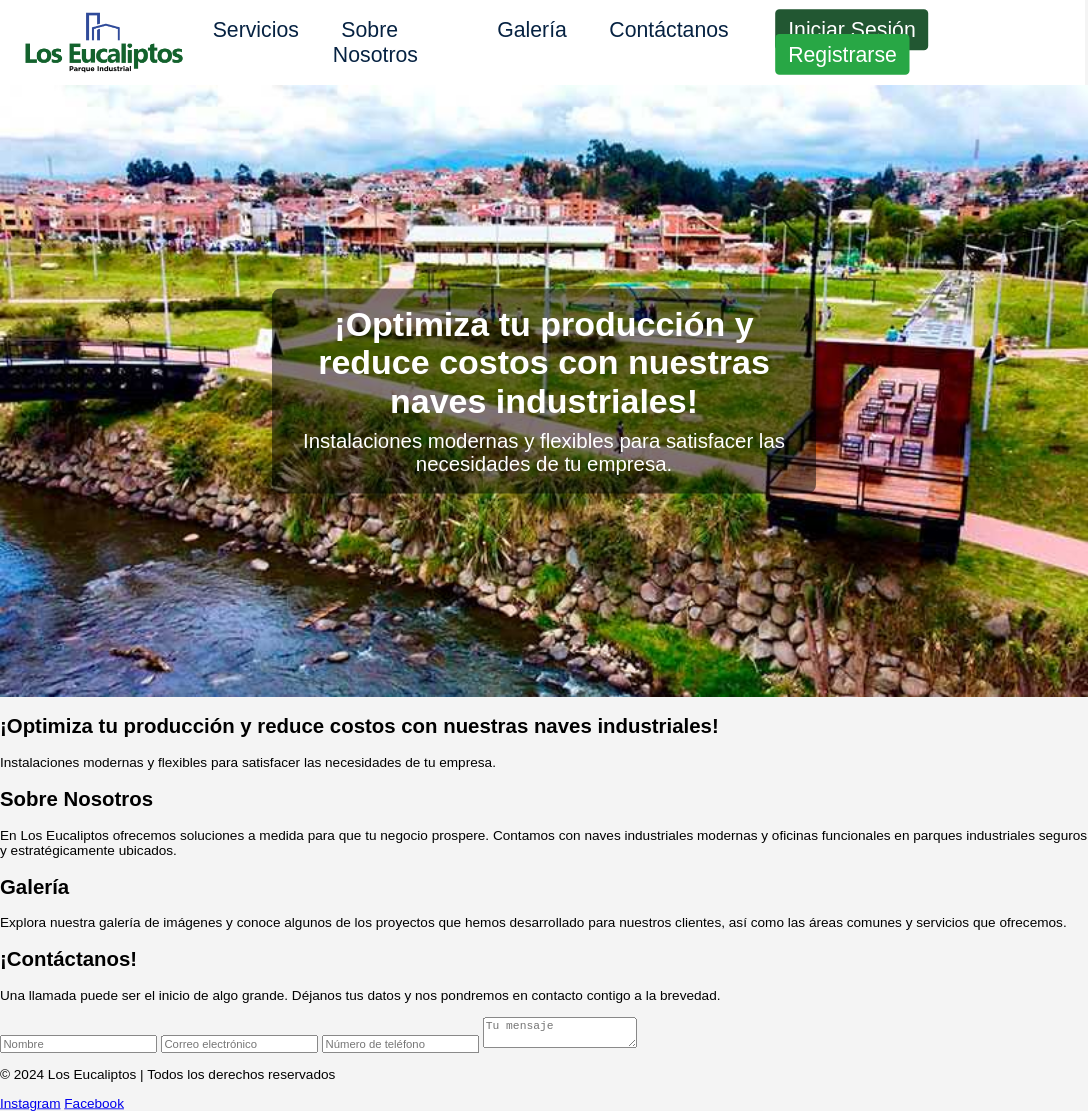
Repository: Los-Eucaliptos-WebApp/Los-Eucaliptos-FrontEnd
Page: pages/los-eucaliptos-home-page/index.html
These files come from the project's save history. The page is drawn as it stood at one moment and after the next save; the edit follows.
The browser window is 1280 px wide. The pictures show the whole page, at 85% of full size.

Above is the page before, as saved 2025-02-16 23:19:41.
Console error: TypeError: Cannot read properties of undefined (reading 'classList')

### pages/los-eucaliptos-home-page/index.html
<!DOCTYPE html>
<html lang="es">
<head>
    <meta charset="UTF-8">
    <meta name="viewport" content="width=device-width, initial-scale=1.0">
    <title>Los Eucaliptos</title>
    <link rel="icon" href="/assets/ícono-los-eucaliptos.png" type="image/png">
    <link rel="stylesheet" href="styles.css">
    <script src="script.js"></script>

</head>
<body>
    <header>
        <div class="logo">
            <img src="/assets/logo-los-eucaliptos.png" alt="Los Eucaliptos Logo">
        </div>

        <nav>
            <ul>
                <li><a href="#servicios">Servicios</a></li>
                <li><a href="#sobre-nosotros">Sobre Nosotros</a></li>
                <li><a href="#galeria">Galería</a></li>
                <li><a href="#contactanos">Contáctanos</a></li>
            </ul>
        </nav>

        <div class="auth-buttons">
            <a href="los-eucaliptos-login/login.html" class="btn">Iniciar Sesión</a>
            <a href="los-eucaliptos-register/register.html" class="btn btn-secondary">Registrarse</a>
        </div>
    </header>
    <div class="banner">
        <img src="/assets/banner.jpg" alt="Imagen del Banner" class="banner-image">
        <div class="banner-text">
            <div class="large-text">¡Optimiza tu producción y reduce costos con nuestras naves industriales!</div>
            <div class="medium-text">Instalaciones modernas y flexibles para satisfacer las necesidades de tu empresa.</div>
        </div>
    </div>



    <!-- SECCIÓN PRINCIPAL -->
    <section id="servicios">
        <h2>¡Optimiza tu producción y reduce costos con nuestras naves industriales!</h2>
        <p>Instalaciones modernas y flexibles para satisfacer las necesidades de tu empresa.</p>
    </section>

    <section id="sobre-nosotros">
        <h2>Sobre Nosotros</h2>
        <p>En Los Eucaliptos ofrecemos soluciones a medida para que tu negocio prospere. Contamos con naves industriales modernas y oficinas funcionales en parques industriales seguros y estratégicamente ubicados.</p>
    </section>

    <section id="galeria">
        <h2>Galería</h2>
        <p>Explora nuestra galería de imágenes y conoce algunos de los proyectos que hemos desarrollado para nuestros clientes, así como las áreas comunes y servicios que ofrecemos.</p>
    </section>

    <section id="contactanos">
        <h2>¡Contáctanos!</h2>
        <p>Una llamada puede ser el inicio de algo grande. Déjanos tus datos y nos pondremos en contacto contigo a la brevedad.</p>

        <form action="send-message.php" method="POST">
            <input type="text" name="nombre" placeholder="Nombre" required>
            <input type="email" name="email" placeholder="Correo electrónico" required>
            <input type="tel" name="telefono" placeholder="Número de teléfono" required>
            <textarea name="mensaje" placeholder="Tu mensaje" required></textarea>
            <!--<button type="submit">Enviar Mensaje</button> -->
        </form>
    </section>

    <footer>
        <p>© 2024 Los Eucaliptos | Todos los derechos reservados</p>
        <div class="social">
            <a href="https://www.instagram.com" target="_blank">Instagram</a>
            <a href="https://www.facebook.com" target="_blank">Facebook</a>
        </div>
    </footer>

</body>
</html>

### pages/los-eucaliptos-home-page/styles.css

/*HEAD*/

header {
    display: flex;
    justify-content: space-between;
    align-items: center;
    background: #ffffff;
    color: rgb(0, 0, 0);
    padding: 15px 30px;
    position: fixed;
    width: 95%;
    top: 0;
}

.logo {
    display: flex;
    align-items: center;
    justify-content: flex-start;
}

.logo img {
    width: auto;
    height: 70px;
    margin-right: 10px;
}

nav {
    display: flex;
    align-items: center;
}

nav ul {
    list-style: none;
    display: flex;
    margin: 0;
    padding: 0;
}

nav ul li {
    margin: 0 15px;
}

nav ul li a {
    color: rgb(6, 34, 66);
    text-decoration: none;
    font-size: 16px;
    padding: 5px 10px;
    transition: color 0.3s ease, background-color 0.3s ease;
    font-size: 25px;

}

nav ul li a:hover {
    color: white;
    background-color: rgb(15, 44, 105);
    border-radius: 5px;
    font-weight: bold;
}

.auth-buttons {
    margin-left: 20px;
    font-size: 25px;
}

.auth-buttons .btn {
    background-color: #225732;
    color: rgb(255, 255, 255);
    padding: 10px 15px;
    border-radius: 5px;
    text-decoration: none;
    margin-left: 10px;
}

.auth-buttons .btn:hover {
    opacity: 0.7;
    background-color: #1c4d24;
    font-weight: bold;
}

.auth-buttons .btn-secondary {
    background-color: #28a745;
}

/*BODY*/
body {
    font-family: Arial, sans-serif;
    margin: 0;
    padding: 0;
    background-color: #f4f4f4;
    margin-top: 100px;
}
/* Banner */
.banner {
    position: relative;
    width: 100%;     /* Ocupa todo el ancho de la ventana */
    height: 100vh;   /* Ocupa toda la altura de la ventana */
    overflow: hidden; /* Evita que la imagen sobresalga */
}

/* Imagen dentro del banner */
.banner-image {
    width: 100%;     /* La imagen ocupa todo el ancho disponible */
    height: 100%;    /* La imagen ocupa toda la altura disponible */
    object-fit: cover; /* Asegura que la imagen cubra todo el área sin deformarse */
    display: block;  /* Elimina espacios debajo de la imagen */
}

/* Banner */
.banner {
    position: relative;
    width: 100%;     /* Ocupa todo el ancho de la ventana */
    height: 100vh;   /* Ocupa toda la altura de la ventana */
    overflow: hidden; /* Evita que la imagen sobresalga */
}

/* Imagen dentro del banner */
.banner-image {
    width: 100%;     /* La imagen ocupa todo el ancho disponible */
    height: 100%;    /* La imagen ocupa toda la altura disponible */
    object-fit: cover; /* Asegura que la imagen cubra todo el área sin deformarse */
    display: block;  /* Elimina espacios debajo de la imagen */
}

/* Texto dentro del banner */
.banner-text {
    position: absolute;
    top: 50%;         /* Alinea al centro verticalmente */
    left: 50%;        /* Alinea al centro horizontalmente */
    transform: translate(-50%, -50%); /* Ajusta la posición para que quede exactamente en el centro */
    text-align: center;  /* Centra el texto */
    color: white;        /* Color del texto */
    padding: 20px;
    background-color: rgba(0, 0, 0, 0.5);  /* Fondo oscuro semi-transparente */
    border-radius: 10px; /* Bordes redondeados */
    max-width: 90%; /* Para evitar que el texto ocupe demasiado espacio */
}

/* Estilo para el título (texto grande) */
.large-text {
    font-size: 40px;     /* Tamaño de letra grande */
    font-weight: bold;   /* Poner en negrita */
    margin: 0;
}

/* Estilo para el párrafo (texto mediano) */
.medium-text {
    font-size: 24px;     /* Tamaño de letra mediano */
    margin: 10px 0 0;
}

### pages/los-eucaliptos-home-page/script.js
let currentIndex = 0;  // Índice de la imagen actual

// Función para mover las imágenes
function moveSlide(direction) {
    const images = document.querySelectorAll('.carousel-image');

    // Eliminar la clase 'active' de la imagen actual
    images[currentIndex].classList.remove('active');

    // Calcular el índice de la siguiente imagen
    currentIndex += direction;

    // Si llegamos al final, volver al inicio o si estamos al principio, ir al final
    if (currentIndex >= images.length) {
        currentIndex = 0;
    } else if (currentIndex < 0) {
        currentIndex = images.length - 1;
    }

    // Agregar la clase 'active' a la nueva imagen
    images[currentIndex].classList.add('active');
}

// Inicializar el carrusel para que se muestre la primera imagen al cargar
document.addEventListener('DOMContentLoaded', () => {
    const images = document.querySelectorAll('.carousel-image');
    images[currentIndex].classList.add('active');  // Mostrar la primera imagen
});

After the next save:
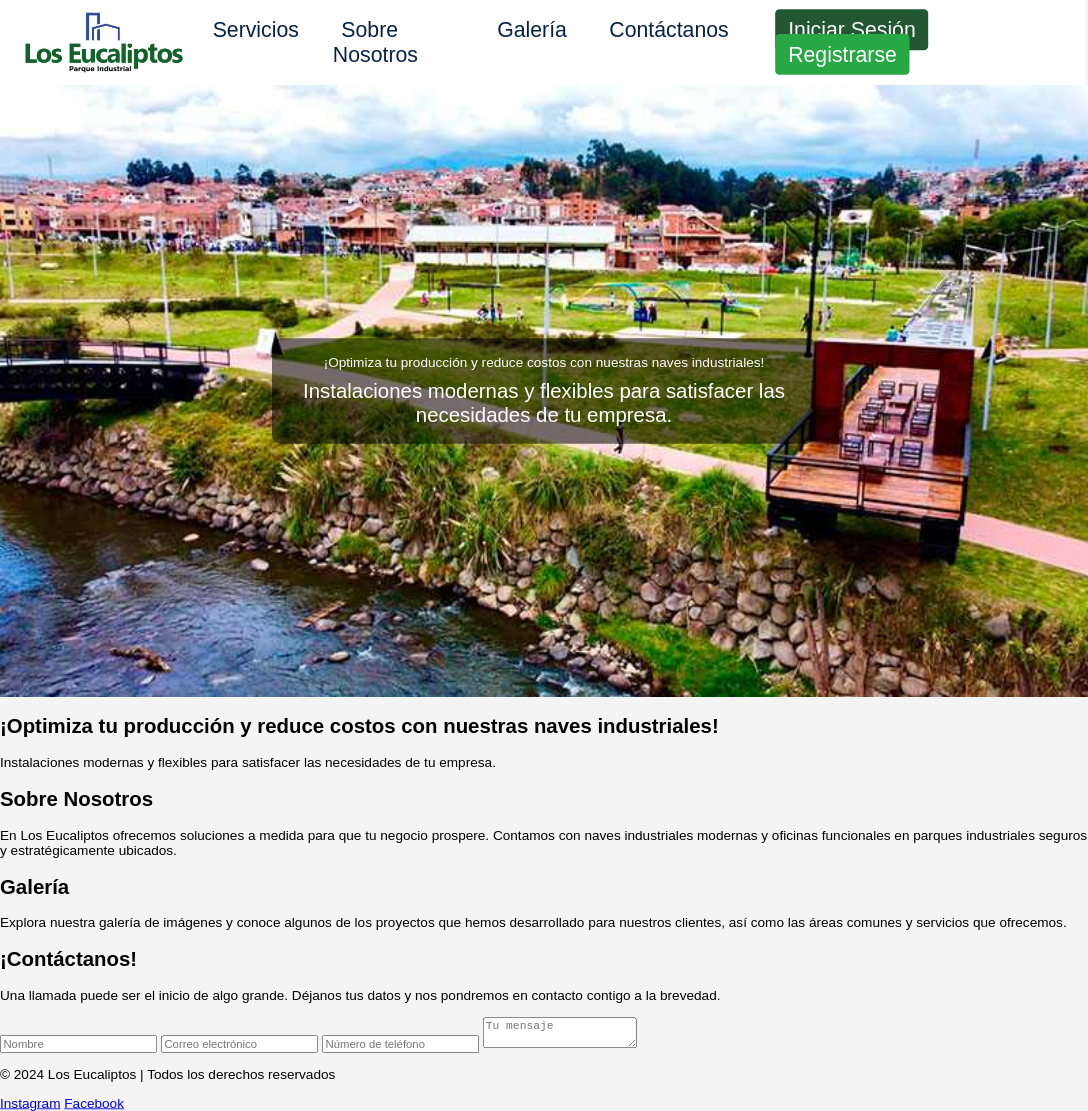
Saved 2 min 2 s later.
--- a/pages/los-eucaliptos-home-page/styles.css
+++ b/pages/los-eucaliptos-home-page/styles.css
@@ -90,39 +90,22 @@ body {
     background-color: #f4f4f4;
     margin-top: 100px;
 }
-/* Banner */
+
 .banner {
     position: relative;
-    width: 100%;     /* Ocupa todo el ancho de la ventana */
-    height: 100vh;   /* Ocupa toda la altura de la ventana */
-    overflow: hidden; /* Evita que la imagen sobresalga */
+    width: 100%;
+    height: 100vh;
+    overflow: hidden;
 }
 
-/* Imagen dentro del banner */
 .banner-image {
-    width: 100%;     /* La imagen ocupa todo el ancho disponible */
-    height: 100%;    /* La imagen ocupa toda la altura disponible */
-    object-fit: cover; /* Asegura que la imagen cubra todo el área sin deformarse */
-    display: block;  /* Elimina espacios debajo de la imagen */
+    width: 100%;
+    height: 100%;
+    object-fit: cover;
+    display: block;
 }
 
-/* Banner */
-.banner {
-    position: relative;
-    width: 100%;     /* Ocupa todo el ancho de la ventana */
-    height: 100vh;   /* Ocupa toda la altura de la ventana */
-    overflow: hidden; /* Evita que la imagen sobresalga */
-}
 
-/* Imagen dentro del banner */
-.banner-image {
-    width: 100%;     /* La imagen ocupa todo el ancho disponible */
-    height: 100%;    /* La imagen ocupa toda la altura disponible */
-    object-fit: cover; /* Asegura que la imagen cubra todo el área sin deformarse */
-    display: block;  /* Elimina espacios debajo de la imagen */
-}
-
-/* Texto dentro del banner */
 .banner-text {
     position: absolute;
     top: 50%;         /* Alinea al centro verticalmente */
@@ -131,20 +114,19 @@ body {
     text-align: center;  /* Centra el texto */
     color: white;        /* Color del texto */
     padding: 20px;
-    background-color: rgba(0, 0, 0, 0.5);  /* Fondo oscuro semi-transparente */
-    border-radius: 10px; /* Bordes redondeados */
-    max-width: 90%; /* Para evitar que el texto ocupe demasiado espacio */
+    background-color: rgba(0, 0, 0, 0.539);
+    border-radius: 10px;
+    max-width: 90%;
 }
 
-/* Estilo para el título (texto grande) */
+*/
 .large-text {
-    font-size: 40px;     /* Tamaño de letra grande */
-    font-weight: bold;   /* Poner en negrita */
+    font-size: 40px;
+    font-weight: bold;
     margin: 0;
 }
 
-/* Estilo para el párrafo (texto mediano) */
 .medium-text {
-    font-size: 24px;     /* Tamaño de letra mediano */
+    font-size: 24px;
     margin: 10px 0 0;
 }
